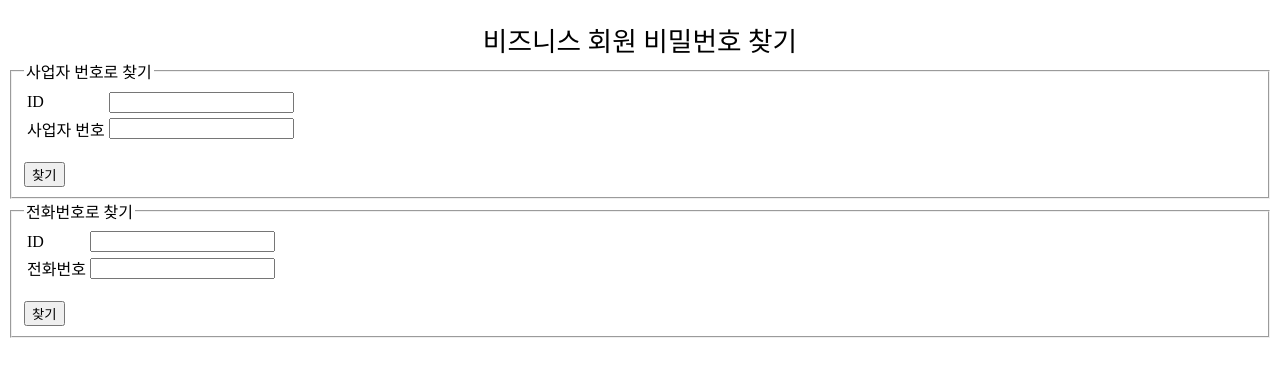
Repository: chmyj2/Team2_Final-project
Page: http://localhost/FinalProject/WEB-INF/views/2Team/t2login/t2_businessFindPW.jsp
The author's editor kept a copy of each file at every save. The page is drawn from the files as they stood at one save, then again after the next save.
The browser window is 1280 px wide. The pictures show the whole page.
The page is served by Tomcat 9. Nobody is signed in. The template is opened directly, without the code that normally fills it, so the values that code supplies are empty.

Above is the page before, as saved 2022-09-02 01:02:57.

After the next save:
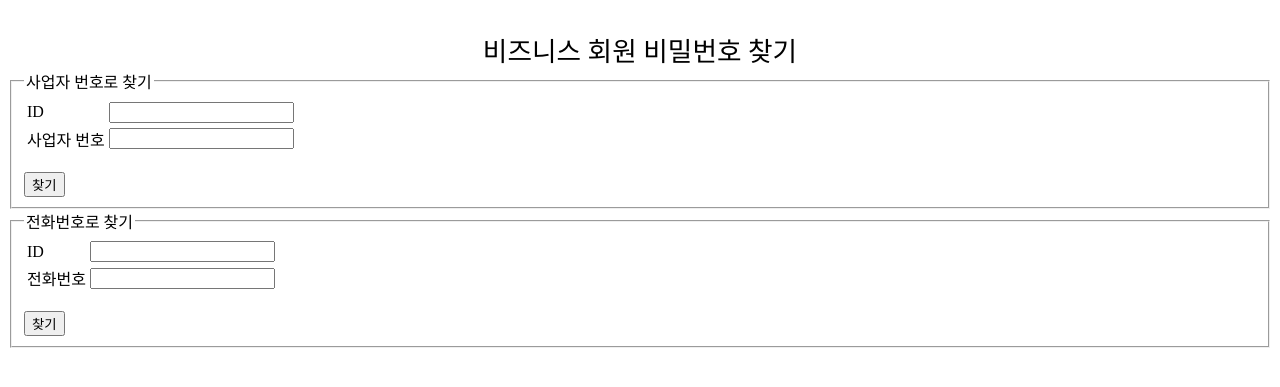
Saved 34 s later.
--- a/FinalProject/src/main/webapp/WEB-INF/views/2Team/t2login/t2_businessFindPW.jsp
+++ b/FinalProject/src/main/webapp/WEB-INF/views/2Team/t2login/t2_businessFindPW.jsp
@@ -7,7 +7,7 @@
 <title>Insert title here</title>
 </head>
 <body>
-<div style="text-align: center; font-size: 20pt; font-weight: 15pt; margin-top: 20px;">비즈니스 회원 비밀번호 찾기</div>
+<div style="text-align: center; font-size: 20pt; font-weight: 15pt; margin-top: 30px; padding-bottom: -10px;">비즈니스 회원 비밀번호 찾기</div>
 <div class="findID-outline">
 		<div class="findID-email">
 
